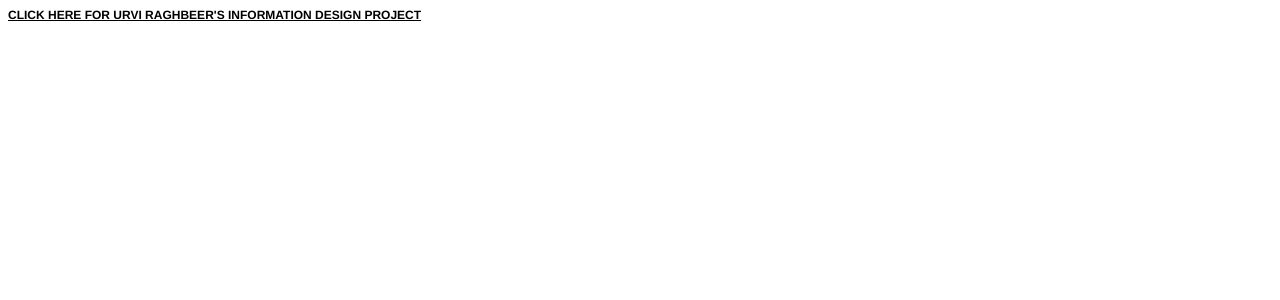
Repository: raghu225/raghu225.github.io
Page: info_design/index.html
The author's editor kept a record of every edit. The page is drawn from the files as they stood at one moment, then again after the next edit.
The browser window is 1280 px wide. The pictures show the whole page.

Above is the page before.

After the next edit:
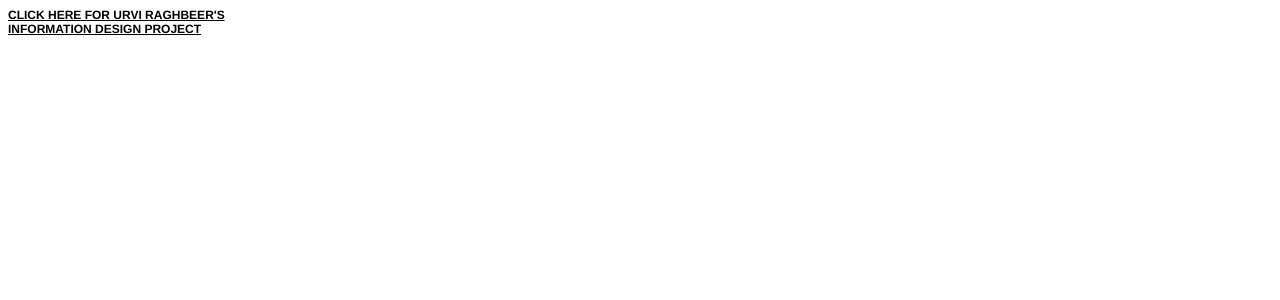
The edit:
--- a/info_design/index.html
+++ b/info_design/index.html
@@ -12,7 +12,10 @@
             margin: 0 auto;
             width: 200px;
             font-family: 'helvetica neue', helvetica, arial, sans-serif;
+            }
 
+            .wrap {
+                width: 300px;
             }
         </style>
     </head>
